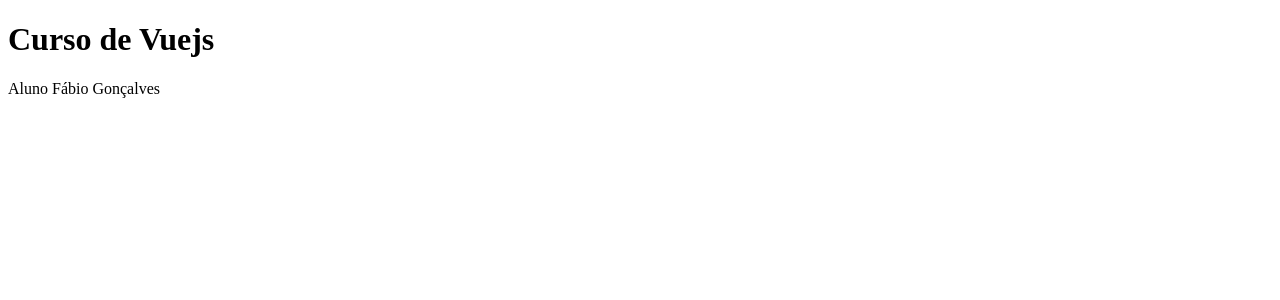
Repository: fabioandrioli/vuejs
Page: index.html
These files come from the project's save history. The page is drawn as it stood at one moment and after the next save; the edit follows.
The browser window is 1280 px wide. The pictures show the whole page.

Above is the page before, as saved 2021-08-18 08:13:27.

### index.html
<!DOCTYPE html>
<html lang="en">
    <head>
        <meta charset="UTF-8">
        <meta http-equiv="X-UA-Compatible" content="IE=edge">
        <meta name="viewport" content="width=device-width, initial-scale=1.0">
        <title>Vuejs 3</title>
    </head>
    <body>
        <div id="app">
            <h1>Curso de Vuejs</h1>
            <p>Aluno {{name}} {{lastName}}</p>
        </div>

        <script src="https://unpkg.com/vue@next"></script>
        <script src="./app.js"></script>
    </body>
</html>

### app.js
const app = {
    data(){
        return{
            name: 'Fábio',
            lastName: 'Gonçalves',
            product:{
                title:"Filme de ação",
                description:"Filmes para você assistir com sua familia",
                image:"./assets/image/avenger.jpg",
            }
        }
    }
}

Vue.createApp(app).mount("#app")

After the next save:
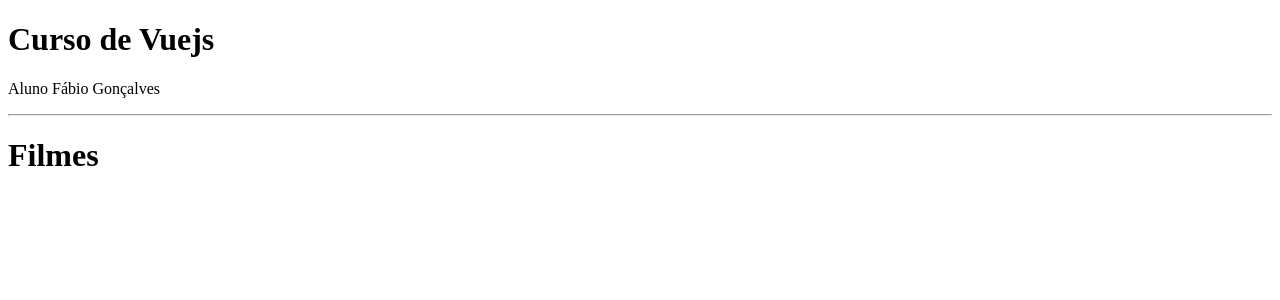
Saved 59 s later.
--- a/index.html
+++ b/index.html
@@ -10,6 +10,9 @@
         <div id="app">
             <h1>Curso de Vuejs</h1>
             <p>Aluno {{name}} {{lastName}}</p>
+            <hr>
+            <h1>Filmes</h1>
+
         </div>
 
         <script src="https://unpkg.com/vue@next"></script>
